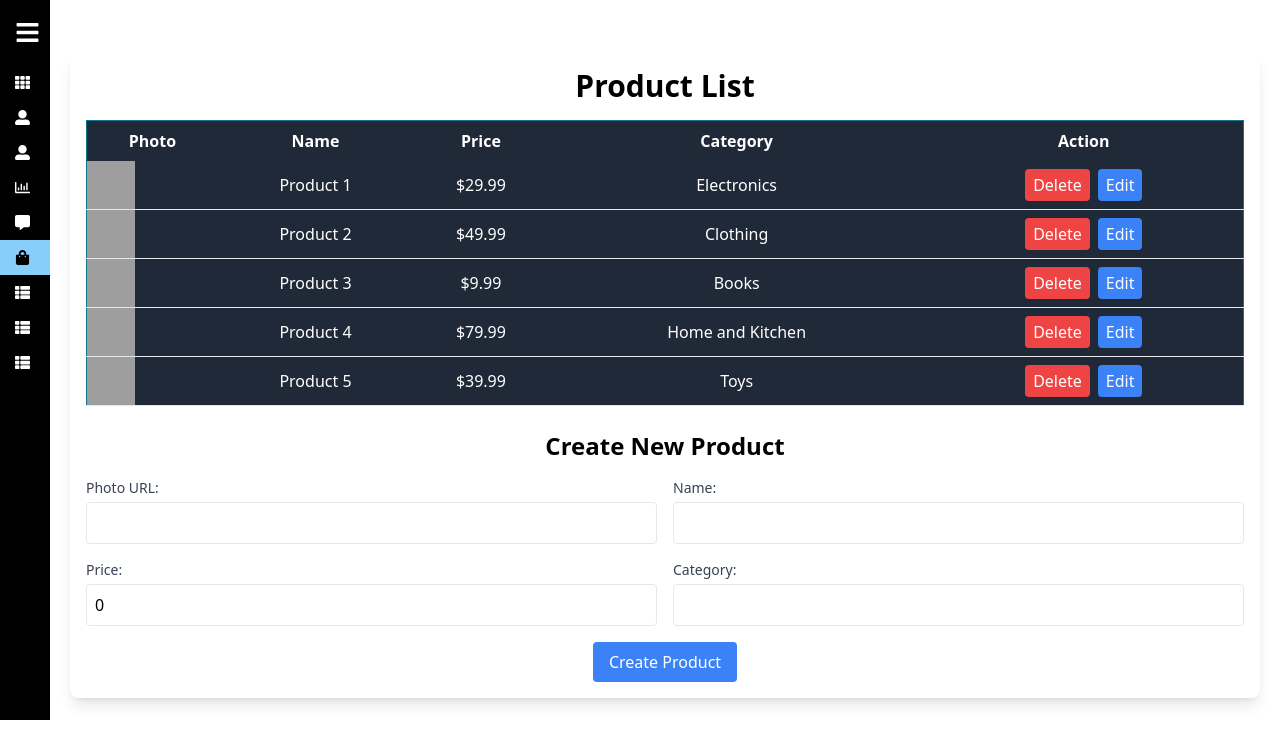
Repository: AndargWorku12/admin-dashboard
Page: /product
The author's editor kept a copy of each file at every save. The page is drawn from the files as they stood at one save, then again after the next save.
The browser window is 1280 px wide. The pictures show the whole page.
Pictures or frames that could not be fetched are drawn as grey boxes. The project was rebuilt for these pictures with package versions that can differ from the ones it lists, and the page was loaded fresh each time. Also part of the build but not shown: src/pages/Dashboard.tsx, src/pages/Orders.tsx, src/style/category.css, src/pages/Category.tsx, src/pages/Login.tsx, src/pages/Analytics.tsx, src/pages/CustemerReview.tsx, src/pages/ShopCard.tsx and 1 more.

Above is the page before, as saved 2024-01-25 03:52:30.

After the next save:
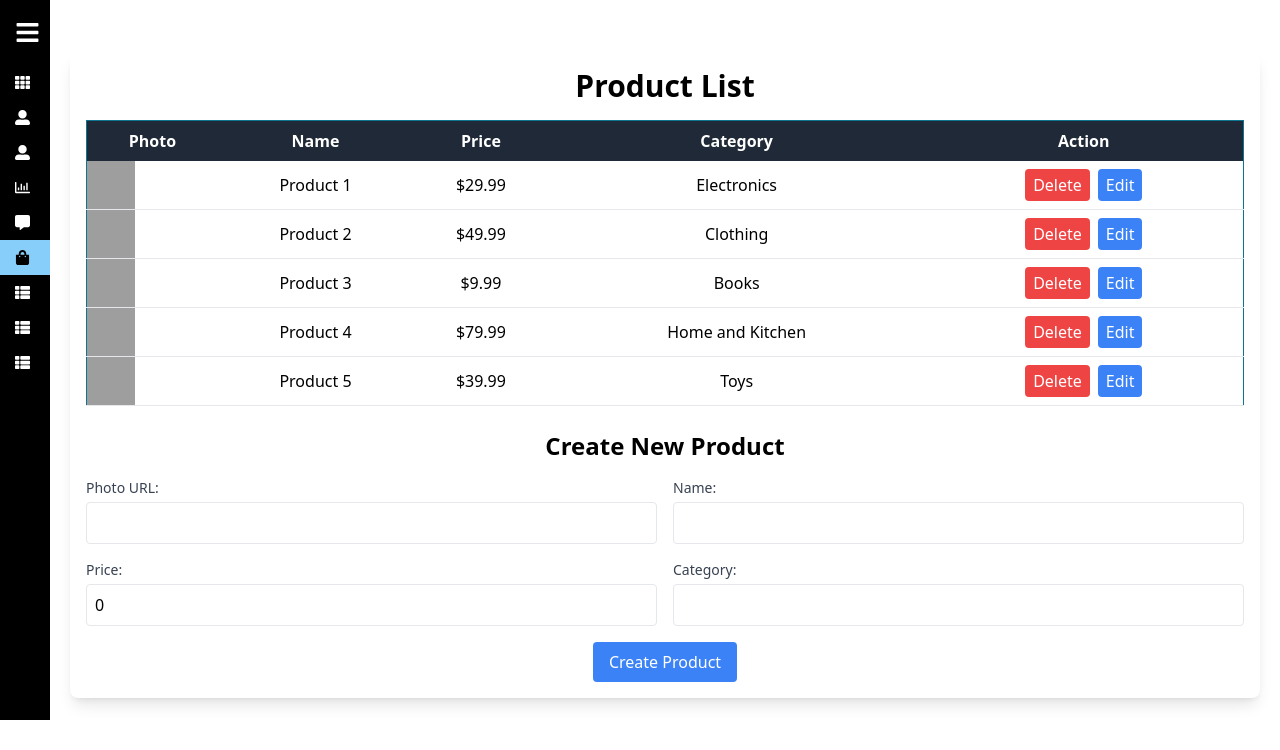
Saved 89 s later.
--- a/src/pages/ProductList.tsx
+++ b/src/pages/ProductList.tsx
@@ -52,9 +52,9 @@ const ProductList: React.FC<ProductListProps> = ({ products, onCreate, onDelete,
   return (
     <div className="container mx-auto my-8 p-4 bg-white shadow-lg rounded-lg block gap-64 text-center">
       <h2 className="text-3xl font-bold mb-4">Product List</h2>
-      <table className="w-full border border-cyan-700 bg-gray-800 text-white">
+      <table className="w-full border border-cyan-700">
         <thead>
-          <tr>
+          <tr className=' bg-gray-800 text-white'>
             <th className="py-2">Photo</th>
             <th className="py-2">Name</th>
             <th className="py-2">Price</th>
